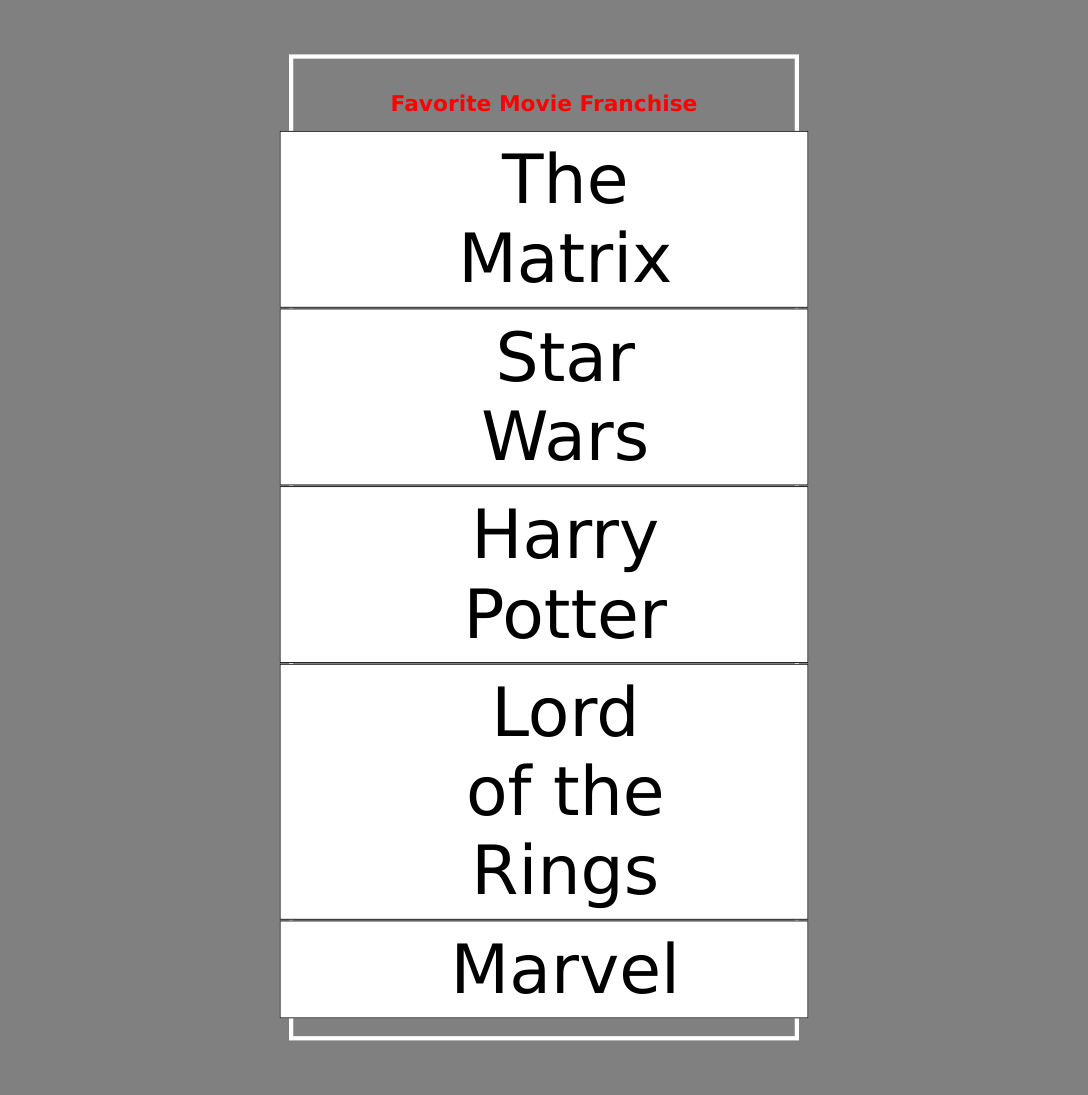
Repository: wakoya-tech/react-project
Page: Desktop/shaakala/jaal/index.html
An editor plug-in stored every save of this project. The page is shown before and after the next save, followed by the edit.
The browser window is 1280 px wide. The pictures show the whole page, at 85% of full size.

Above is the page before, as saved 2025-08-26 18:13:14.

After the next save:
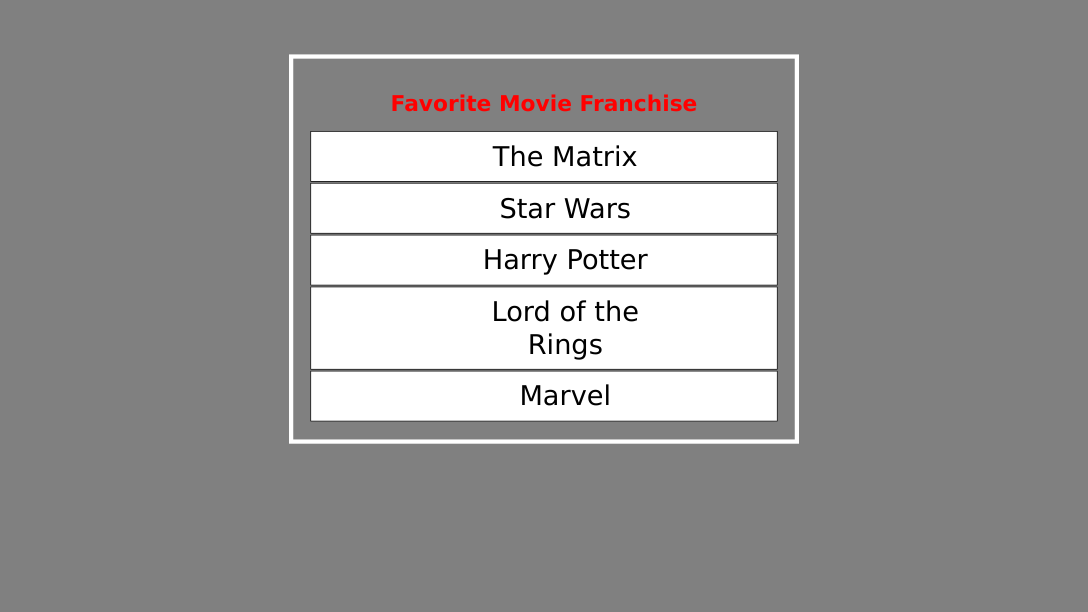
Saved 17 s later.
--- a/Desktop/shaakala/jaal/script.js
+++ b/Desktop/shaakala/jaal/script.js
@@ -4,7 +4,7 @@ console.log(title);
 const listitems = document.querySelectorAll('.list-items');
 for(i=0; i < listitems.length; i++)
 {
-  listitems[i].style.fontSize = '5rem';
+  listitems[i].style.fontSize = '2rem';
 }
 
 console.log(listitems);
